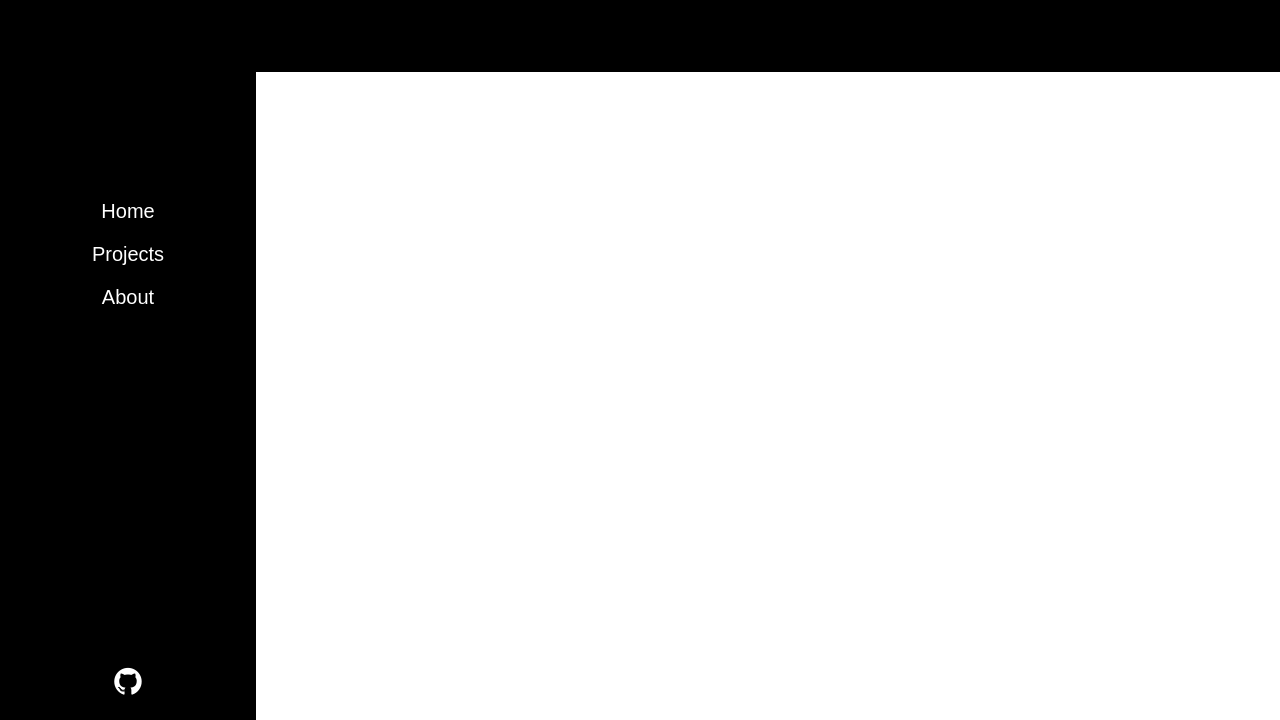
Repository: josephinel6/josephinel6.github.io
Page: index.html
An editor plug-in stored every save of this project. The page is shown before and after the next save, followed by the edit.
The browser window is 1280 px wide. The pictures show the whole page.

Above is the page before, as saved 2023-04-04 11:00:31.

After the next save:
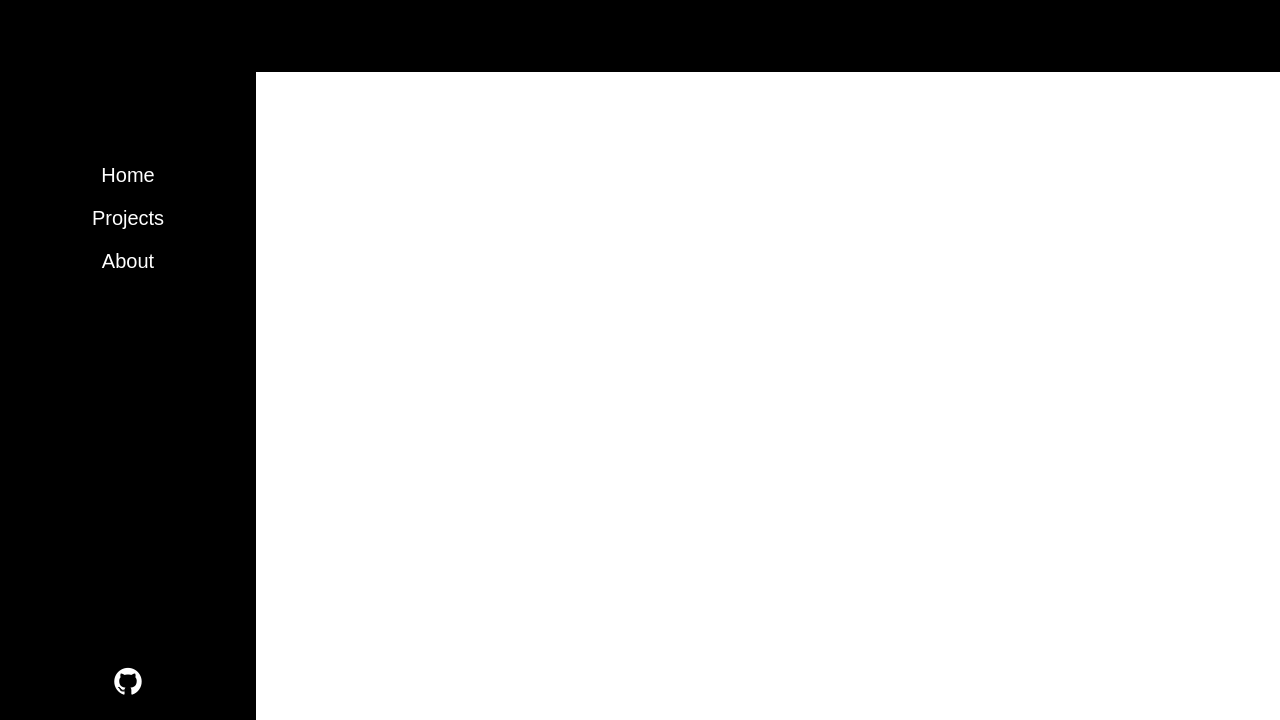
Saved 5 s later.
--- a/index.html
+++ b/index.html
@@ -62,7 +62,7 @@
 
 <body>
     <div id="menu">
-        <div style="position:absolute; top: 10%; width: 100%; text-align: center;">
+        <div style="position:absolute; top: 5%; width: 100%; text-align: center;">
 
             <p class="menutext" style="margin-top: 50%"> Home </p>
             <p class="menutext"> Projects </p>
